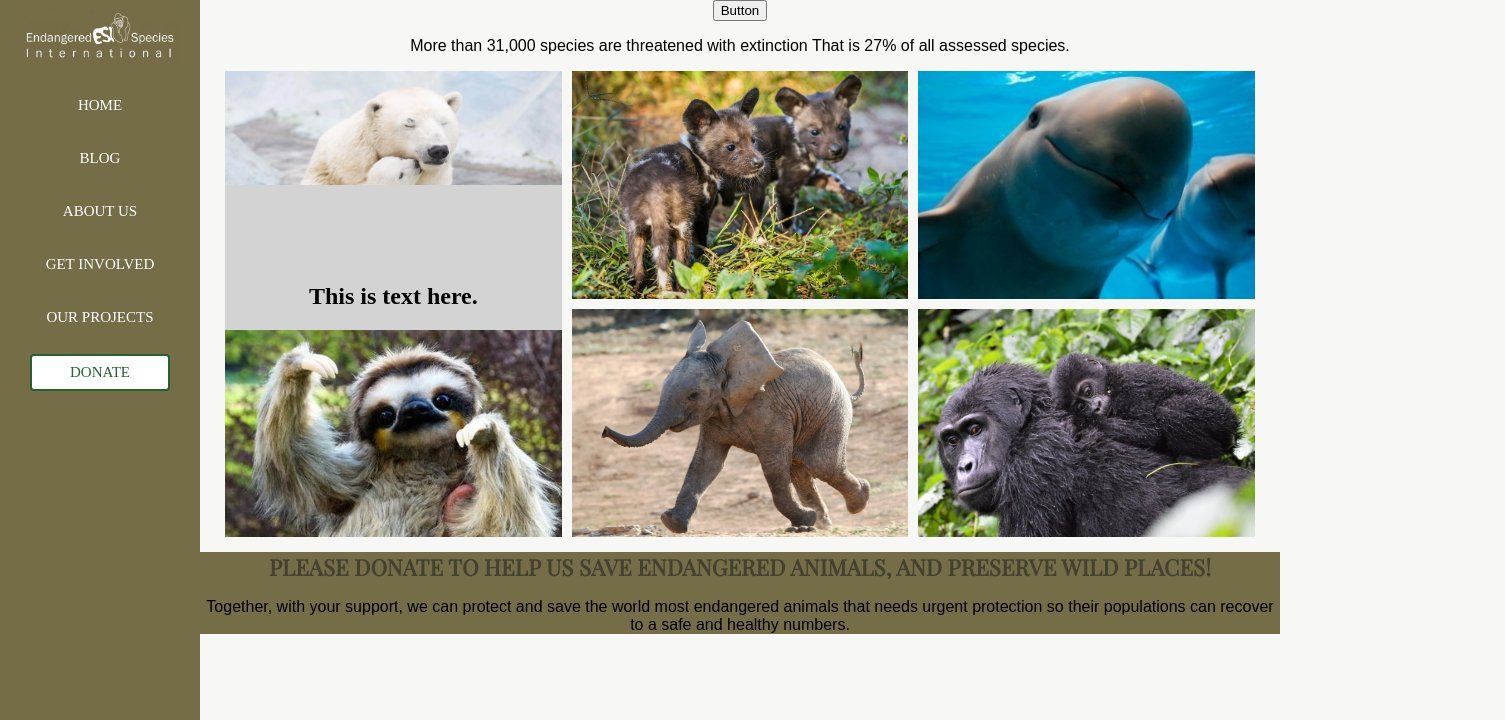
Repository: jlsorgel/smc_WD2_spring20
Page: final/about.html
These files come from the project's save history. The page is drawn as it stood at one moment and after the next save; the edit follows.
The browser window is 1280 px wide. The page is 1280 px wide, then 1505 px, so the pictures cover 1505 px, including what lies to the right of the window. The pictures show the whole page.
Some web fonts or font styles are not loaded; a fallback is used. Some web libraries are served in a nearby version.

Above is the page before, as saved 2020-06-15 19:20:52.
Console error: TypeError: Cannot set properties of null (setting 'onclick')

After the next save:
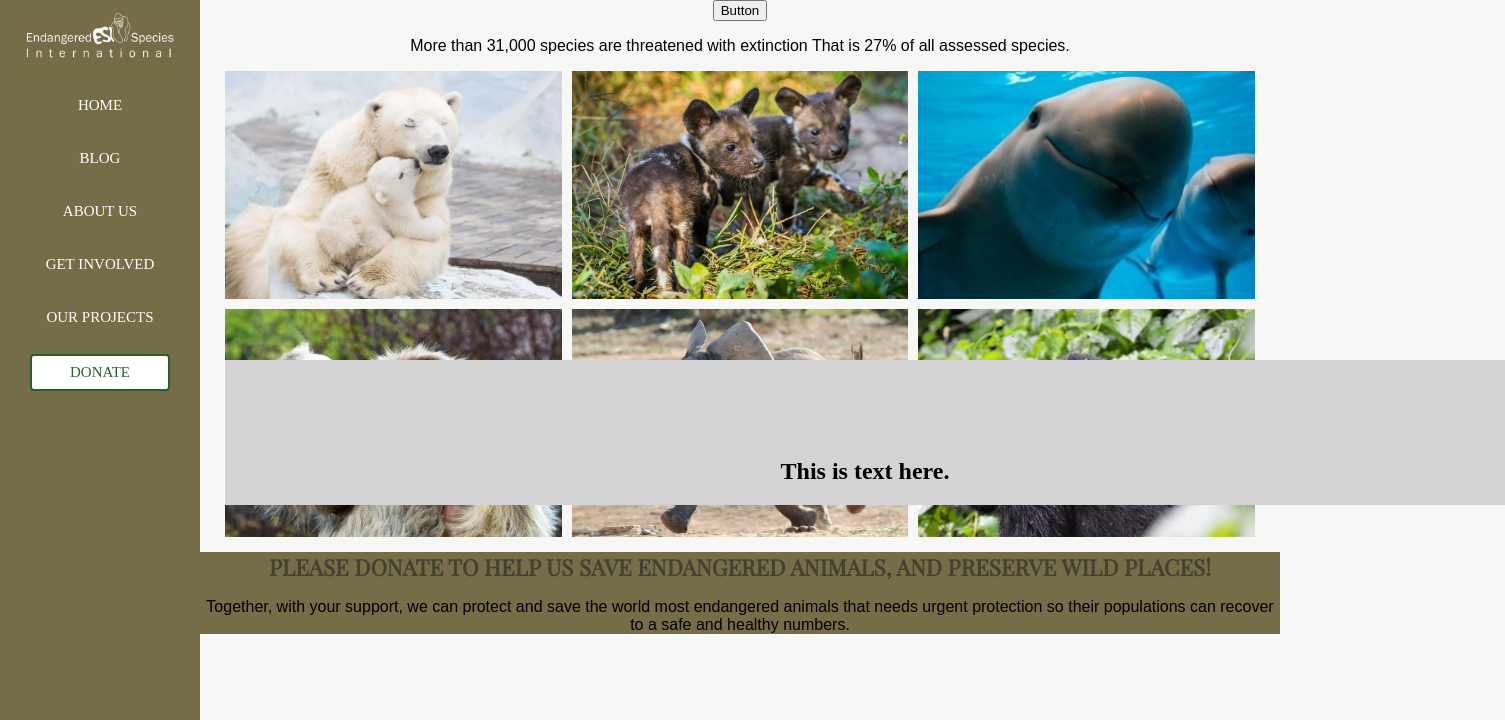
Saved 40 s later.
--- a/final/about.html
+++ b/final/about.html
@@ -80,13 +80,13 @@
 
     <div id="grid-container">
 
-      <div class="grid-item grid-item1"><img src="images/polarbears.jpg" alt="Polar Bears">
+      <div class="grid-item grid-item1"><img src="images/polarbears.jpg" alt="Polar Bears"> </div>
 
 
-        <div class="hoverdiv">
-          <h2>This is text here.</h2>
-        </div>
+      <div class="hoverdiv">
+        <h2>This is text here.</h2>
       </div>
+
 
       <div class="grid-item"><img src="images/pups.jpg" alt="">
       </div>
